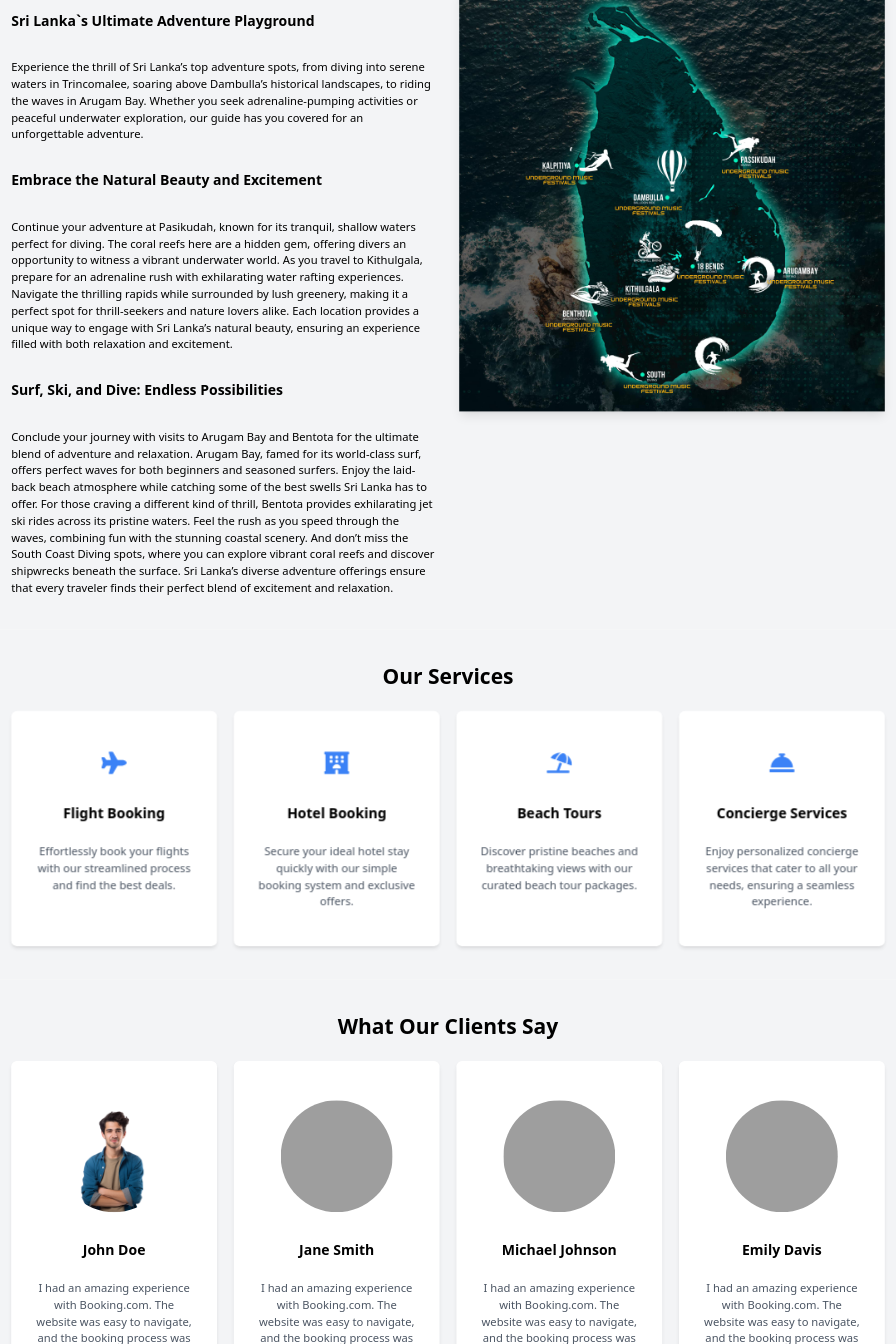
Repository: thisara199/Travel-Agency-Website
Page: /
An editor plug-in stored every save of this project. The page is shown before and after a run of saves, followed by the edit.
The browser window is 1280 px wide. The pictures show the part of the page from y = 1384 to 3304 px (the page is 3500 px tall before and 3236 px after), at 70% of full size.
Pictures or frames that could not be fetched are drawn as grey boxes. The project was rebuilt for these pictures with package versions that can differ from the ones it lists, and the page was loaded fresh each time. Also part of the build but not shown: vite.config.js.

Above is the page before, as saved 2024-09-04 07:23:46.

After the next 2 saves:
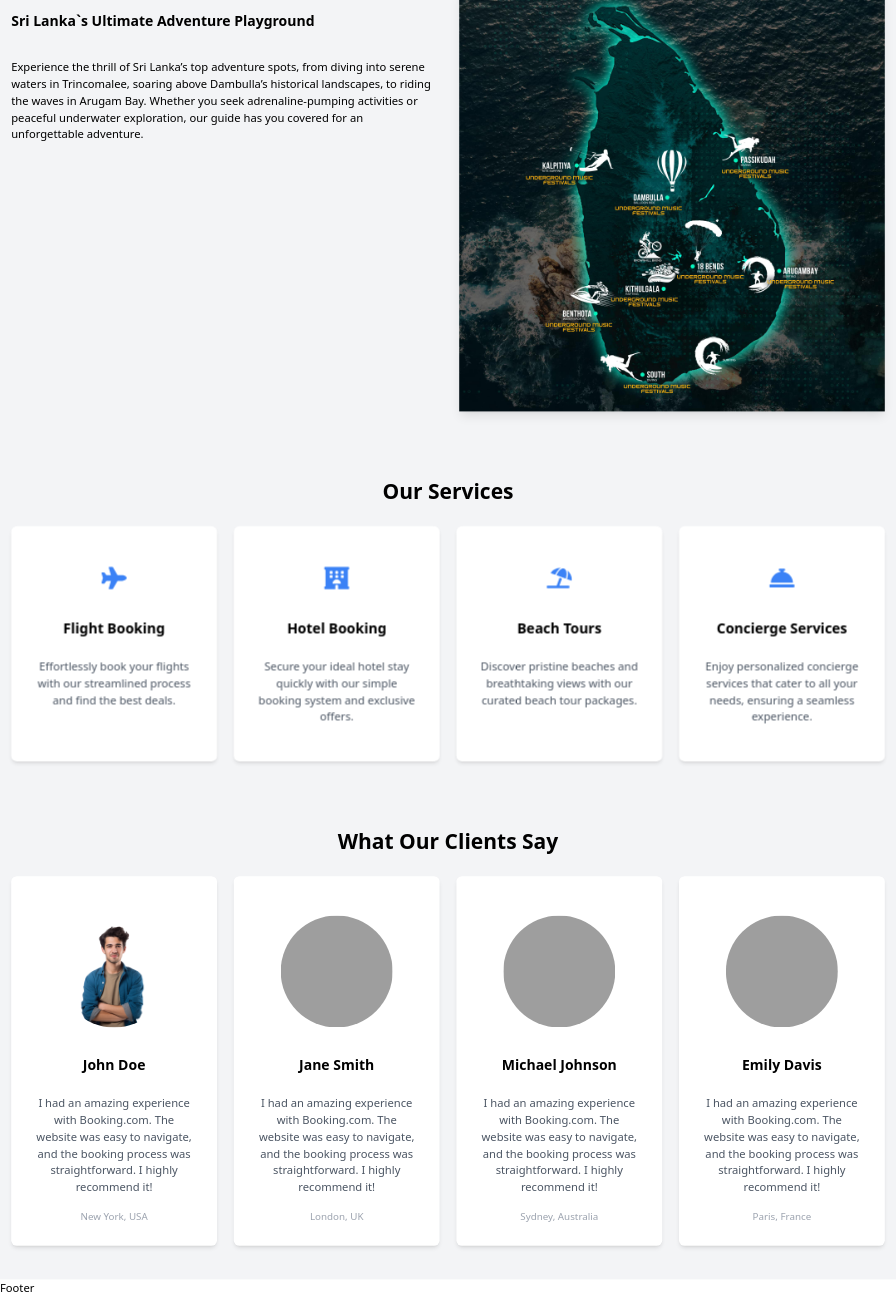
The 2 saves are shown as one change because 1 did not build or start.
The last was saved 104 s later.
--- a/src/components/Banner/Banner.jsx
+++ b/src/components/Banner/Banner.jsx
@@ -10,10 +10,7 @@ const Banner1 = () => {
            <h1 data-aos="fade-up" className='text-3xl font-bold '>Find your favorite location</h1>
            <h2 data-aos="fade-up" className='mt-0 text-xl font-semibold lg:mt-10'>Sri Lanka`s Ultimate Adventure Playground</h2>
            <p data-aos="fade-up" className='mt-0 lg:mt-10'>Experience the thrill of Sri Lanka’s top adventure spots, from diving into serene waters in Trincomalee, soaring above Dambulla’s historical landscapes, to riding the waves in Arugam Bay. Whether you seek adrenaline-pumping activities or peaceful underwater exploration, our guide has you covered for an unforgettable adventure.</p>
-           <h2 data-aos="fade-up" className='mt-0 text-xl font-semibold lg:mt-10'>Embrace the Natural Beauty and Excitement</h2>
-           <p data-aos="fade-up" className='mt-0 lg:mt-10'>Continue your adventure at Pasikudah, known for its tranquil, shallow waters perfect for diving. The coral reefs here are a hidden gem, offering divers an opportunity to witness a vibrant underwater world. As you travel to Kithulgala, prepare for an adrenaline rush with exhilarating water rafting experiences. Navigate the thrilling rapids while surrounded by lush greenery, making it a perfect spot for thrill-seekers and nature lovers alike. Each location provides a unique way to engage with Sri Lanka’s natural beauty, ensuring an experience filled with both relaxation and excitement.</p>
-           <h2 data-aos="fade-up" className='mt-0 text-xl font-semibold lg:mt-10'>Surf, Ski, and Dive: Endless Possibilities</h2>
-           <p data-aos="fade-up" className='mt-0 lg:mt-10'>Conclude your journey with visits to Arugam Bay and Bentota for the ultimate blend of adventure and relaxation. Arugam Bay, famed for its world-class surf, offers perfect waves for both beginners and seasoned surfers. Enjoy the laid-back beach atmosphere while catching some of the best swells Sri Lanka has to offer. For those craving a different kind of thrill, Bentota provides exhilarating jet ski rides across its pristine waters. Feel the rush as you speed through the waves, combining fun with the stunning coastal scenery. And don’t miss the South Coast Diving spots, where you can explore vibrant coral reefs and discover shipwrecks beneath the surface. Sri Lanka’s diverse adventure offerings ensure that every traveler finds their perfect blend of excitement and relaxation.</p>
+
           </div>
           <div className='mt-0 lg:mt-20'>
             <img src={Banner} alt="Favorite location banner" className="w-full h-auto shadow-lg" />
